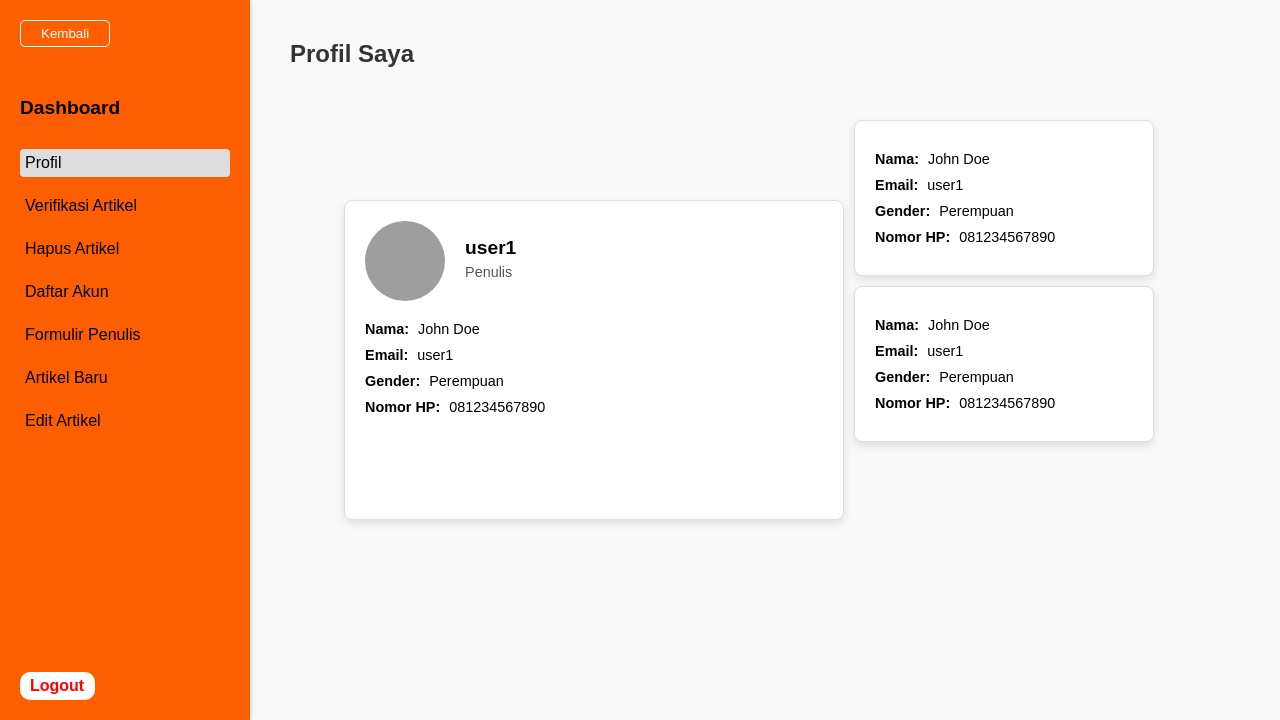
Repository: novalArd/Website_Berita_360News
Page: http://localhost/tes/Profile.php
An editor plug-in stored every save of this project. The page is shown before and after the next save, followed by the edit.
The browser window is 1280 px wide. The pictures show the whole page.
Pictures or frames that could not be fetched are drawn as grey boxes. The page is run by PHP 8.4 with error messages shown; the project is at /var/www/html/. The session is filled in as if someone had signed in: {"user_id": 1, "username": "user1", "role": "admin", "nama_lengkap": "John Doe", "jenis_kelamin": "", "nomor_hp": "081234567890"}. The database holds what the project's SQL file puts in it.

Above is the page before, as saved 2024-12-17 00:00:09.

After the next save:
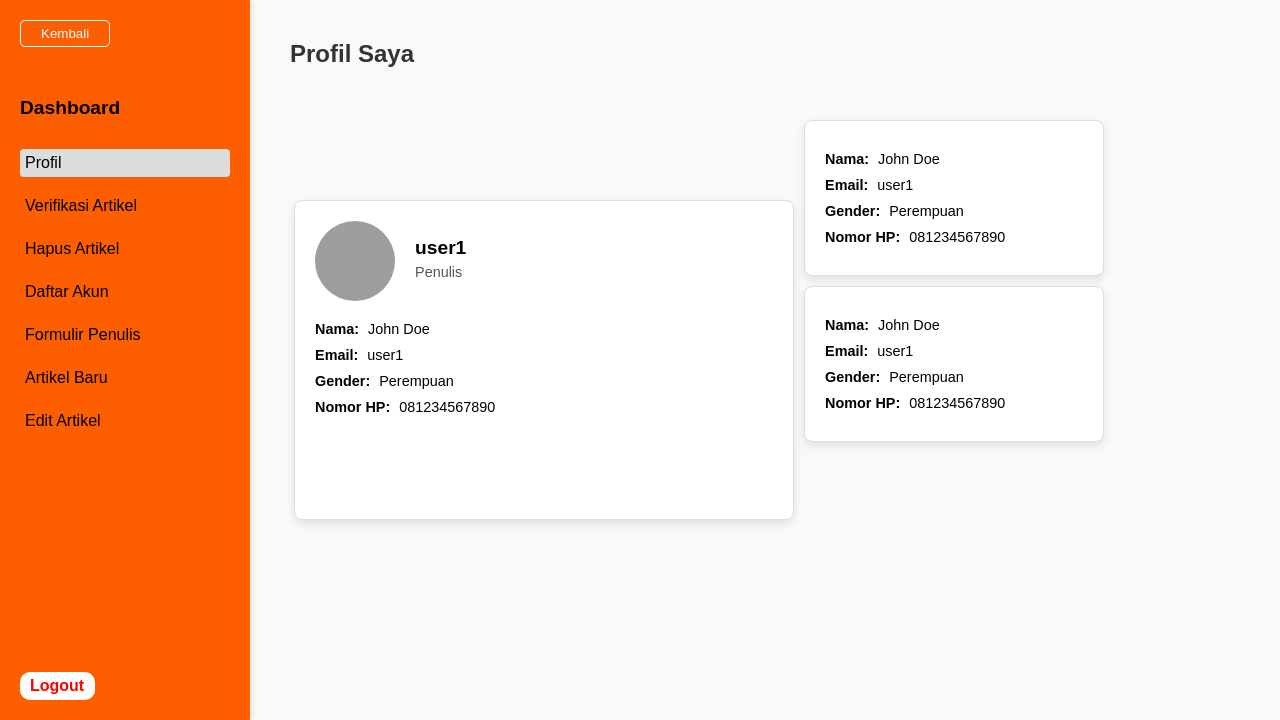
Saved 5 s later.
--- a/tes/profile.css
+++ b/tes/profile.css
@@ -108,7 +108,7 @@ body {
   color: #333;
   text-align: center;
   margin-bottom: 20px;
-  margin-right: -70px;
+  margin-right: -120px;
 }
 
 /* Profile Card */
